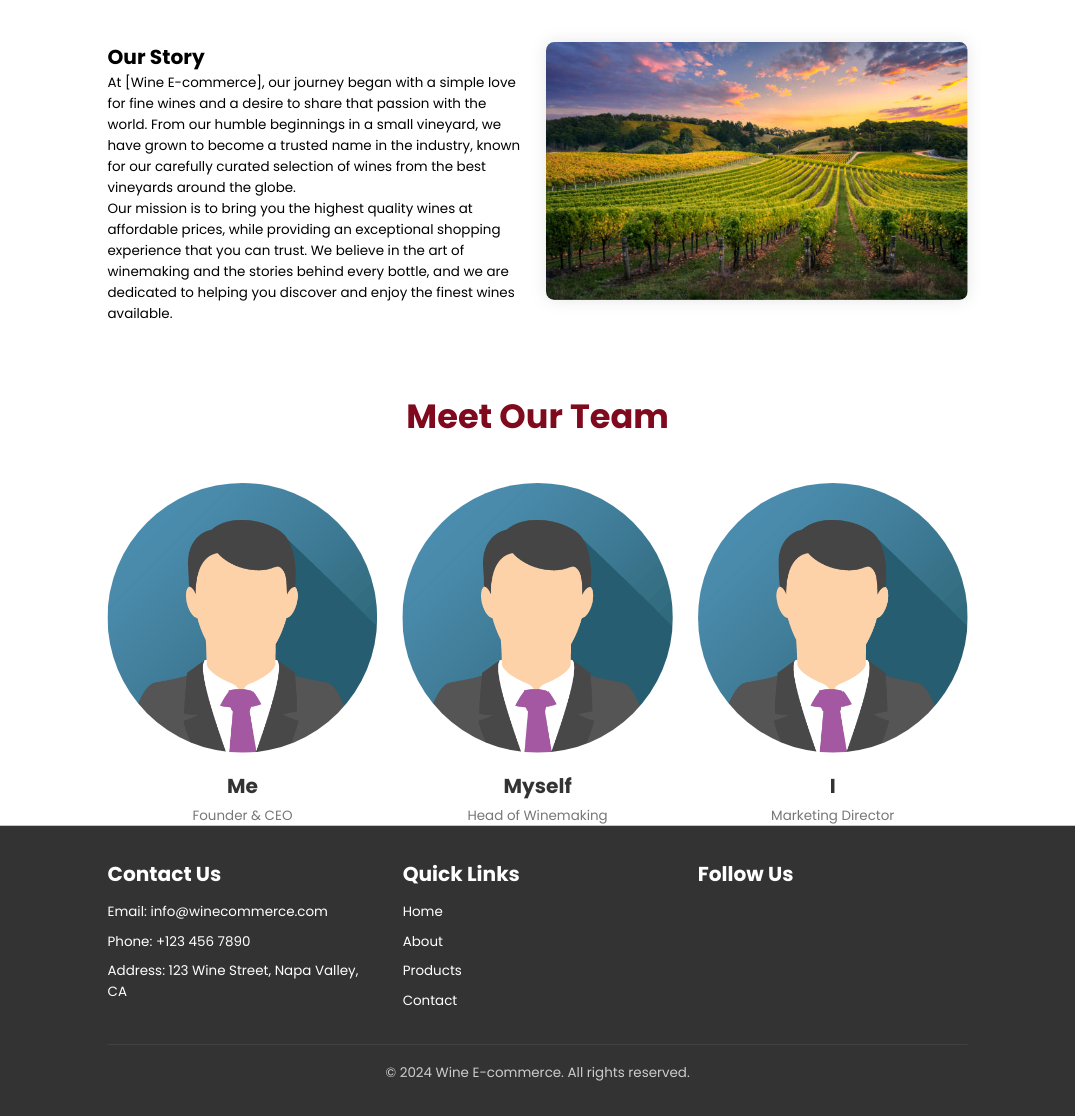
Repository: vncntxl/assesment3
Page: about.html
An editor plug-in stored every save of this project. The page is shown before and after the next save, followed by the edit.
The browser window is 1280 px wide. The pictures show the part of the page from y = 200 to 1529 px (the page is 1529 px tall), at 84% of full size.

Above is the page before, as saved 2024-08-22 13:20:30.

After the next save:
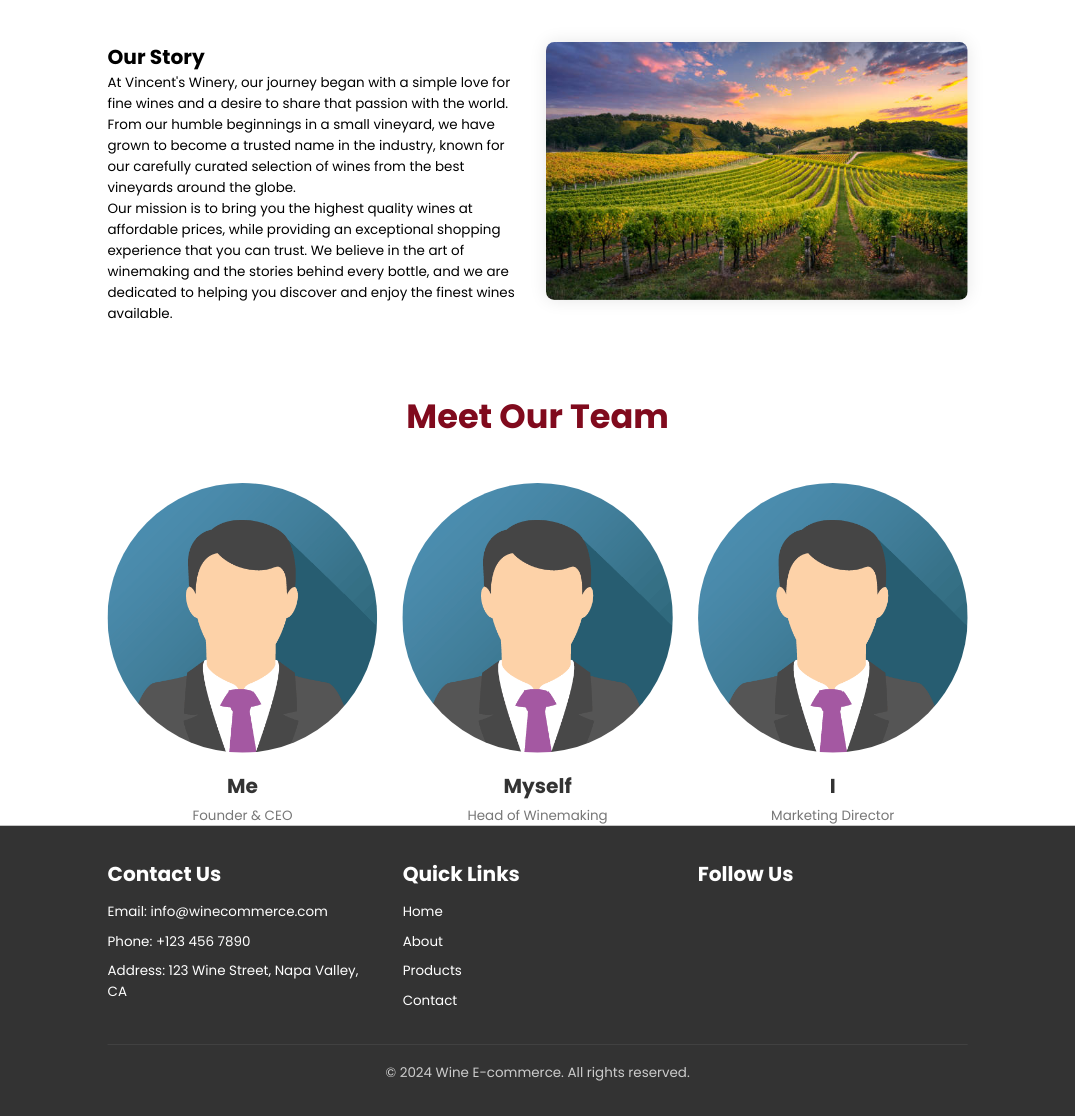
Saved 29 s later.
--- a/about.html
+++ b/about.html
@@ -41,7 +41,7 @@
         <div class="about-text">
             <h2>Our Story</h2>
             <p>
-                At [Wine E-commerce], our journey began with a simple love for fine wines and a desire to share that passion with the world. From our humble beginnings in a small vineyard, we have grown to become a trusted name in the industry, known for our carefully curated selection of wines from the best vineyards around the globe.
+                At Vincent's Winery, our journey began with a simple love for fine wines and a desire to share that passion with the world. From our humble beginnings in a small vineyard, we have grown to become a trusted name in the industry, known for our carefully curated selection of wines from the best vineyards around the globe.
             </p>
             <p>
                 Our mission is to bring you the highest quality wines at affordable prices, while providing an exceptional shopping experience that you can trust. We believe in the art of winemaking and the stories behind every bottle, and we are dedicated to helping you discover and enjoy the finest wines available.
